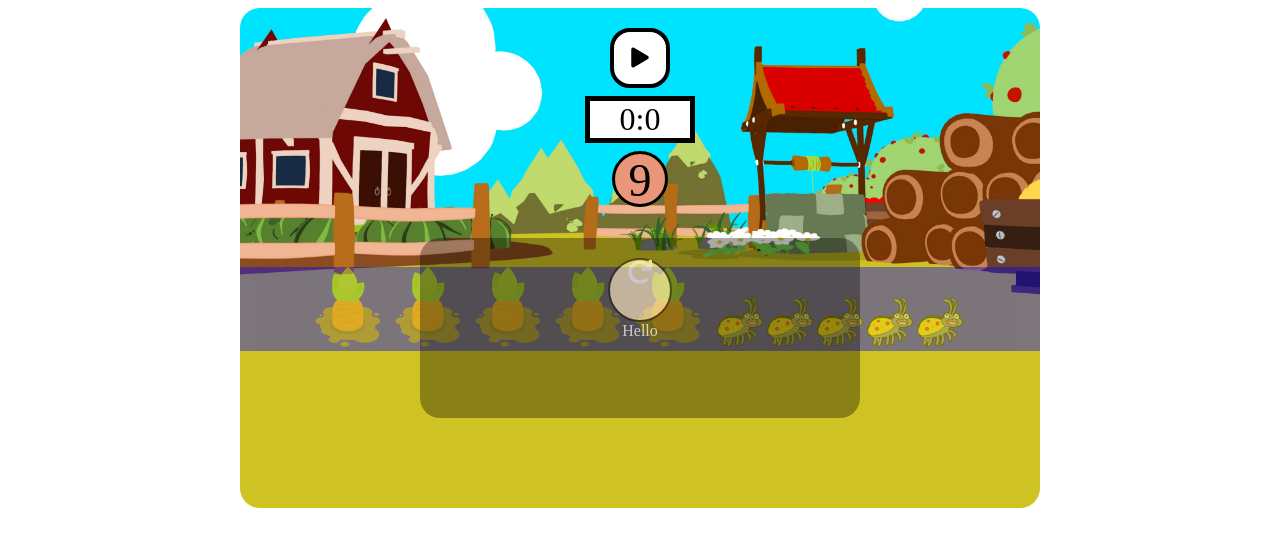
Repository: DevMinwoo-Jung/JavaScript101
Page: WebApIs/carrotClone/index.html
These files come from the project's save history. The page is drawn as it stood at one moment and after the next save; the edit follows.
The browser window is 1280 px wide. The pictures show the whole page.

Above is the page before, as saved 2021-06-22 15:13:25.

After the next save:
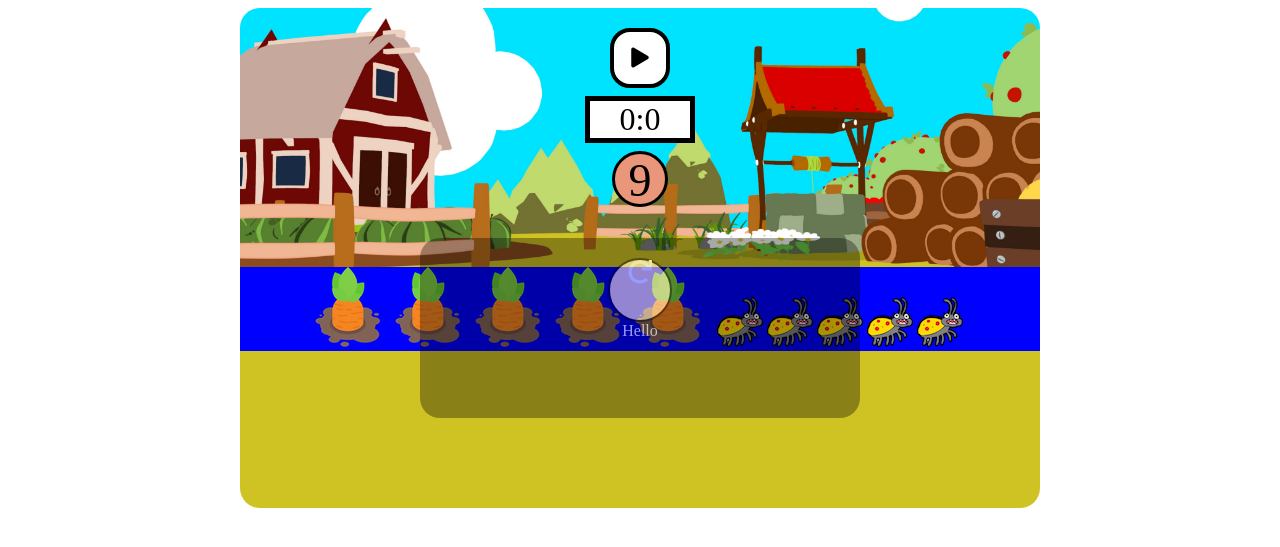
Saved 24 s later.
--- a/WebApIs/carrotClone/style.css
+++ b/WebApIs/carrotClone/style.css
@@ -61,7 +61,6 @@ button {
   background-color: blue;
   width: 100%px;
   margin-top: 40px;
-  opacity: 0.4;
 }
 
 .pop-up {
